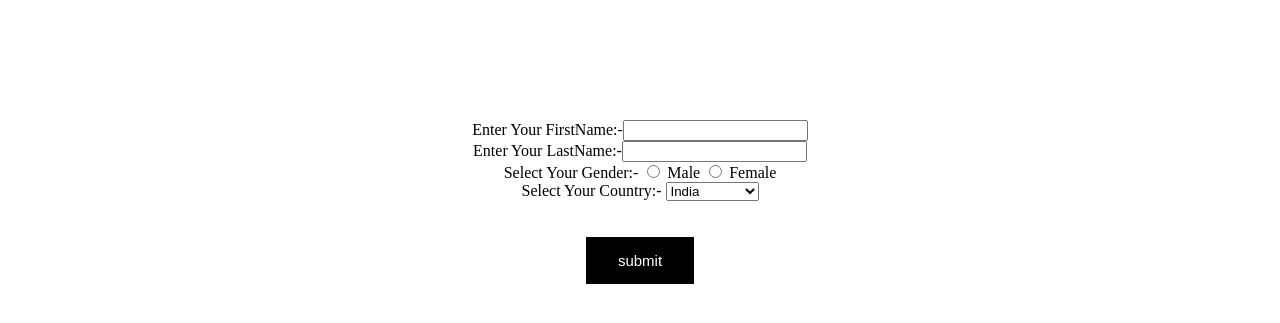
Repository: ErNitesh-d/java-program
Page: JAVA PROJECTS/ASSIGNMMENT_2/WebContent/index.html
The author's editor kept a copy of each file at every save. The page is drawn from the files as they stood at one save, then again after the next save.
The browser window is 1280 px wide. The pictures show the whole page.

Above is the page before, as saved 2022-09-03 15:35:51.

### JAVA PROJECTS/ASSIGNMMENT_2/WebContent/index.html

<!DocType html>
<html>
<body>
<div style=" margin: auto;
width: 75%;
text-align: center;
padding: 70px 0;
border: 0px solid white;
text-align: header;
margin-top: 50px;">
<form action="Hello" method="get">
Enter Your FirstName:-<input type="text" name="FirstName"><br>
Enter Your LastName:-<input type="text" name="LastName"><br>
Select Your Gender:-
<input type="radio" id="Male" name="Gender" value="Male">
<label for="Male">Male</label>
<input type="radio" id="Female" name="Gender" value="Female">
<label for="Female">Female</label><br>
<label for="cars">Select Your Country:-</label>
<select name="Country" id="cars">
<option value="India">India</option>
<option value=" America">America</option>
<option value=" Afghanistan">Afghanistan</option>
<option value="Pakistan">Pakistan</option>
<option value="china">china</option>
</select><br>
<br>
<br>
<input type="submit" style=" position: relative; background-color:black ; /* Green */
border: none;
color: white;
padding: 15px 32px;
text-align: left;
text-decoration: none;
display: white;
font-size: 15px;"value="submit">
</form>
</div>
</body>
</html>

After the next save:
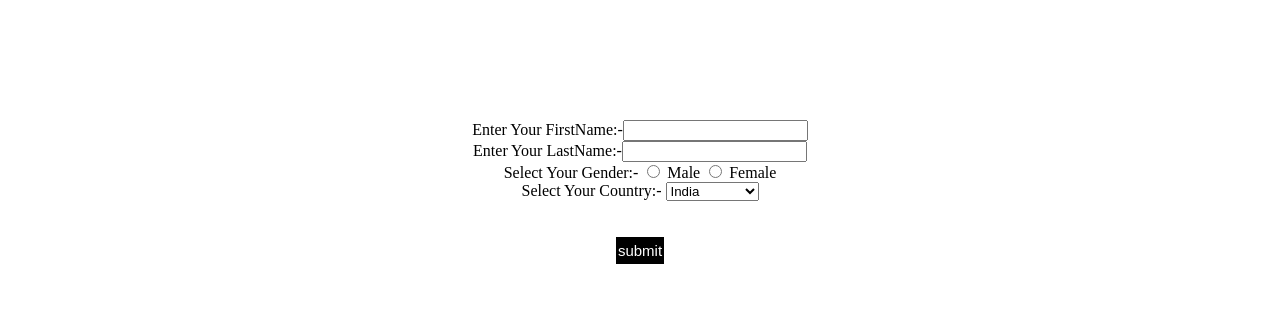
Saved 34 s later.
--- a/JAVA PROJECTS/ASSIGNMMENT_2/WebContent/index.html
+++ b/JAVA PROJECTS/ASSIGNMMENT_2/WebContent/index.html
@@ -30,7 +30,7 @@
 <input type="submit" style=" position: relative; background-color:black ; /* Green */
 border: none;
 color: white;
-padding: 15px 32px;
+padding: 5px 2px;
 text-align: left;
 text-decoration: none;
 display: white;

After the save that followed:
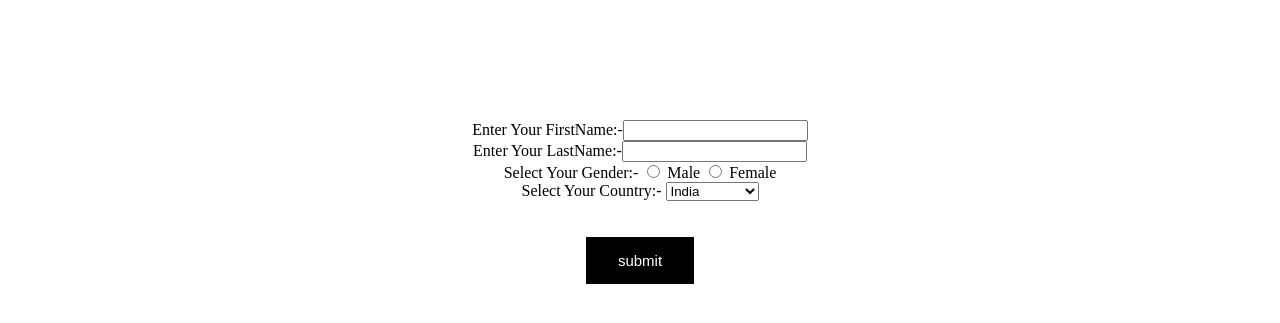
Saved 22 s later.
--- a/JAVA PROJECTS/ASSIGNMMENT_2/WebContent/index.html
+++ b/JAVA PROJECTS/ASSIGNMMENT_2/WebContent/index.html
@@ -30,7 +30,7 @@
 <input type="submit" style=" position: relative; background-color:black ; /* Green */
 border: none;
 color: white;
-padding: 5px 2px;
+padding: 15px 32px;
 text-align: left;
 text-decoration: none;
 display: white;
